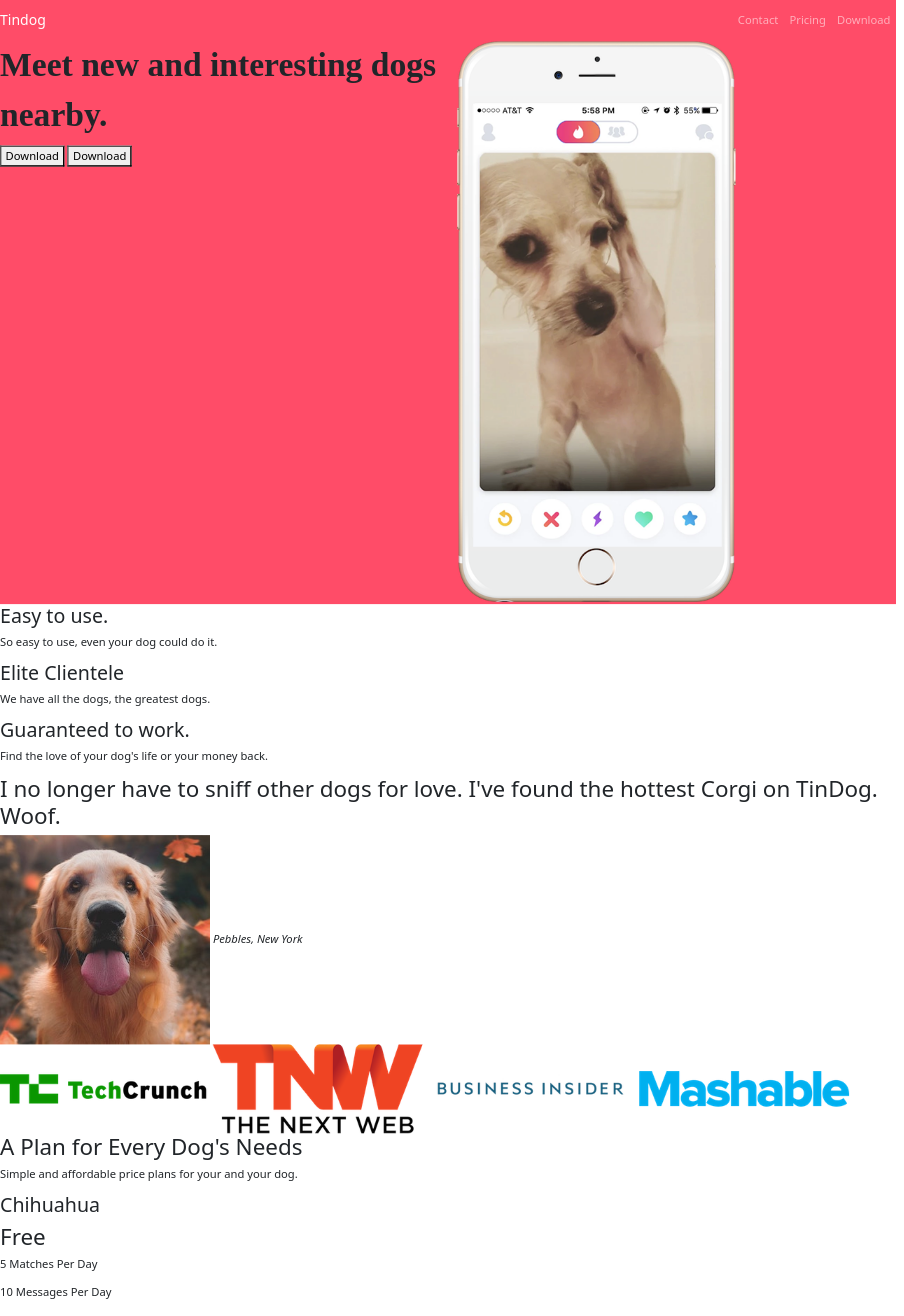
Repository: Mardoqueu/tindog
Page: index.html
The author's editor kept a copy of each file at every save. The page is drawn from the files as they stood at one save, then again after the next save.
The browser window is 1280 px wide. The page is 1292 px wide, so the pictures cover 1292 px, including what lies to the right of the window. The pictures show the part of the page from y = 0 to 1880 px (the page is 2571 px tall), at 70% of full size.

Above is the page before, as saved 2022-10-17 11:14:17.

After the next save:
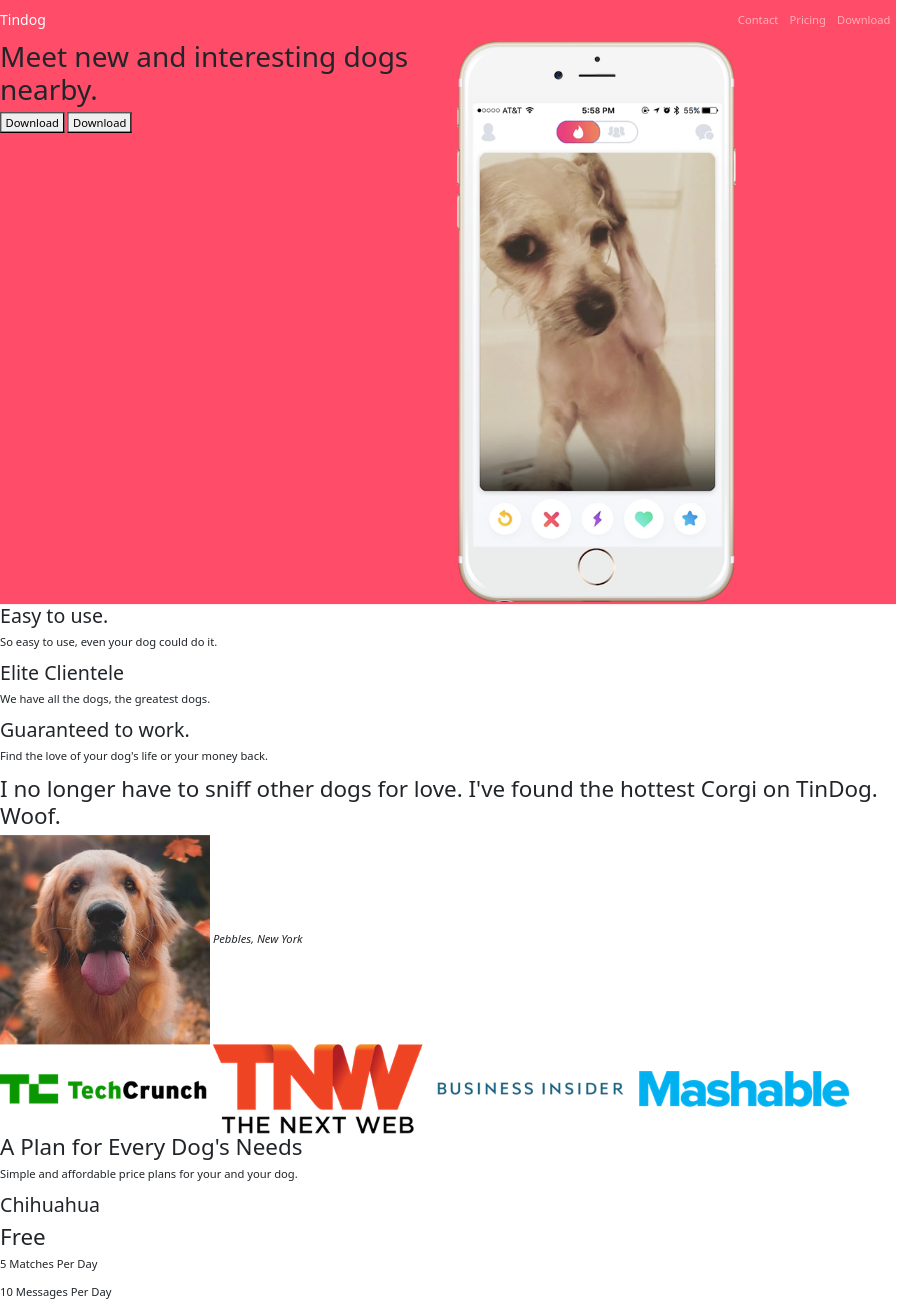
Saved 21 s later.
--- a/css/styles.css
+++ b/css/styles.css
@@ -2,7 +2,7 @@
     background-color: #ff4c68;
 }
 
-h1 {
+.h1 {
     font-family: 'Montserrat, sans-serif';
     font-size: 3rem;
     line-height: 1.5;

After the 3 saves that followed:
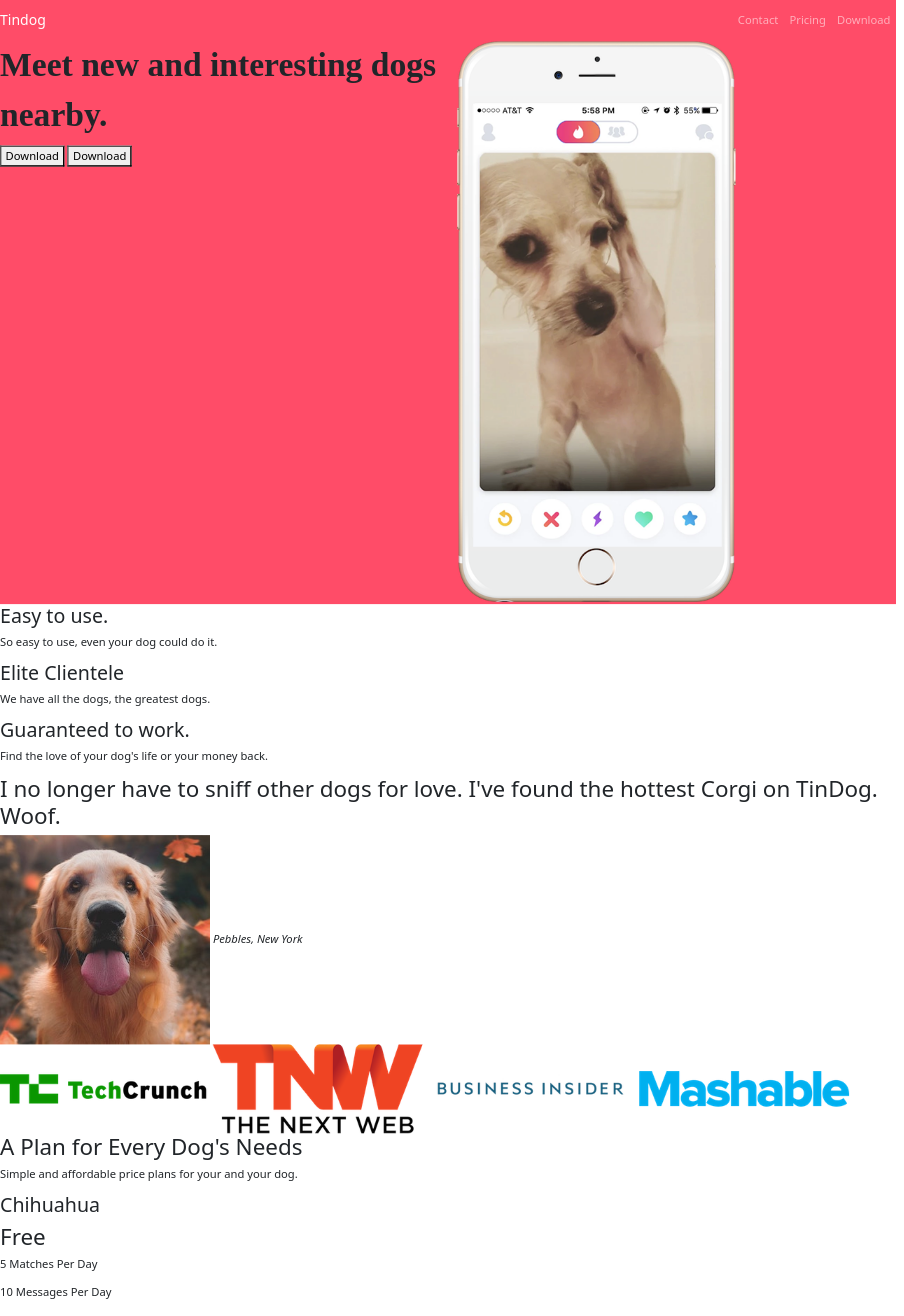
The 3 saves are shown as one change because 2 left the picture as it was.
The last was saved 79 s later.
--- a/index.html
+++ b/index.html
@@ -4,7 +4,7 @@
 <head>
   <meta charset="utf-8">
   <title>TinDog</title>
-  <link href="https://fonts.googleapis.com/css2?family=Montserrat|Ubuntu" rel="stylesheet">
+  <link href="https://fonts.googleapis.com/css2?family=Montserrat|Ubuntu:wght@300;400;700&display=swap" rel="stylesheet">
 
   <link rel="stylesheet" href="https://stackpath.bootstrapcdn.com/bootstrap/5.0.0-alpha1/css/bootstrap.min.css" integrity="sha384-r4NyP46KrjDleawBgD5tp8Y7UzmLA05oM1iAEQ17CSuDqnUK2+k9luXQOfXJCJ4I" crossorigin="anonymous">
 
@@ -45,7 +45,7 @@
     <div class="row">
 
       <div class="col-lg-6">
-        <h1>Meet new and interesting dogs nearby.</h1>
+        <h1 class="font">Meet new and interesting dogs nearby.</h1>
         <button type="button">Download</button>
         <button type="button">Download</button>
       </div>
--- a/css/styles.css
+++ b/css/styles.css
@@ -2,7 +2,7 @@
     background-color: #ff4c68;
 }
 
-.h1 {
+.font {
     font-family: 'Montserrat, sans-serif';
     font-size: 3rem;
     line-height: 1.5;
